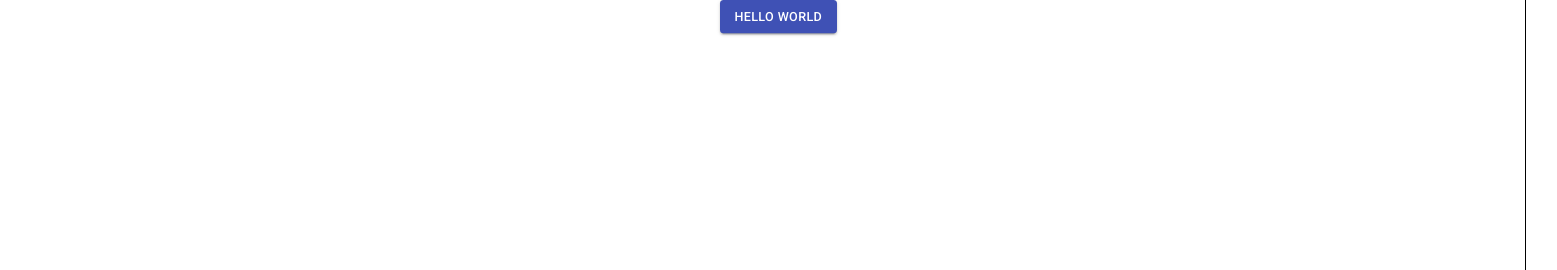
Repository: cherguiyacine/gitHubSearch
Page: /
An editor plug-in stored every save of this project. The page is shown before and after the next save, followed by the edit.
The browser window is 1280 px wide. The page is 1730 px wide, then 1280 px, then 1730 px, so the pictures cover 1730 px, including what lies to the right of the window. The pictures show the whole page, at 90% of full size.
The project was rebuilt for these pictures with package versions that can differ from the ones it lists, and the page was loaded fresh each time. Also part of the build but not shown: src/Component/Layout/Navbar.js, src/Component/Users/UserItem.js, src/Component/Layout/Spinner.js, src/Component/Users/Users.js, src/Component/Users/Search.js, src/App.js.

Above is the page before, as saved 2019-11-21 23:07:19.

### public/index.html
<!DOCTYPE html>
<html lang="en">
  <head>
    <meta charset="utf-8" />
    <link rel="icon" href="%PUBLIC_URL%/favicon.ico" />
    <meta name="viewport" content="width=device-width, initial-scale=1" />
    <meta name="theme-color" content="#000000" />
    <meta
      name="description"
      content="Web site created using create-react-app"
    />
    <link rel="apple-touch-icon" href="logo192.png" />

    <link rel="manifest" href="%PUBLIC_URL%/manifest.json" />
    <link
      rel="stylesheet"
      href="https://cdnjs.cloudflare.com/ajax/libs/font-awesome/4.7.0/css/font-awesome.min.css"
    />
    <link
      rel="stylesheet"
      href="https://fonts.googleapis.com/css?family=Roboto:300,400,500,700&display=swap"
    />
    <link
      rel="stylesheet"
      href="https://fonts.googleapis.com/icon?family=Material+Icons"
    />

    <title>Yacine App</title>
  </head>
  <body>
    <noscript>You need to enable JavaScript to run this app.</noscript>
    <div id="root"></div>
  </body>
</html>

### src/index.js
import React from "react";
import ReactDOM from "react-dom";
import "./index.css";
import App from "./App";
import Authentification from "./Authentification";
import * as serviceWorker from "./serviceWorker";

ReactDOM.render(<Authentification />, document.getElementById("root"));

// If you want your app to work offline and load faster, you can change
// unregister() to register() below. Note this comes with some pitfalls.
// Learn more about service workers: https://bit.ly/CRA-PWA
serviceWorker.unregister();

### src/Authentification.js
import React, { Component } from "react";
import Button from "@material-ui/core/Button";
import { Box } from "@material-ui/core";

export class Authentification extends Component {
  render() {
    return (
      <Box component='span' m={100} color='text.primary'>
        <Button variant='contained' color='primary'>
          Hello World
        </Button>
      </Box>
    );
  }
}

export default Authentification;

Loaded but not shown: src/index.css (common file); src/serviceWorker.js (common file); src/App.css (common file)

After the next save:
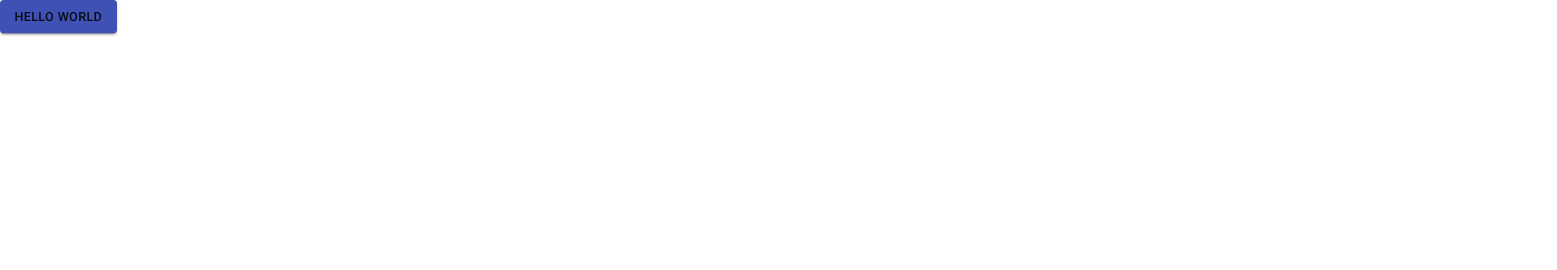
Saved 35 s later.
--- a/src/Authentification.js
+++ b/src/Authentification.js
@@ -5,7 +5,7 @@
 export class Authentification extends Component {
   render() {
     return (
-      <Box component='span' m={100} color='text.primary'>
+      <Box color='text.primary' clone>
         <Button variant='contained' color='primary'>
           Hello World
         </Button>

After the save that followed:
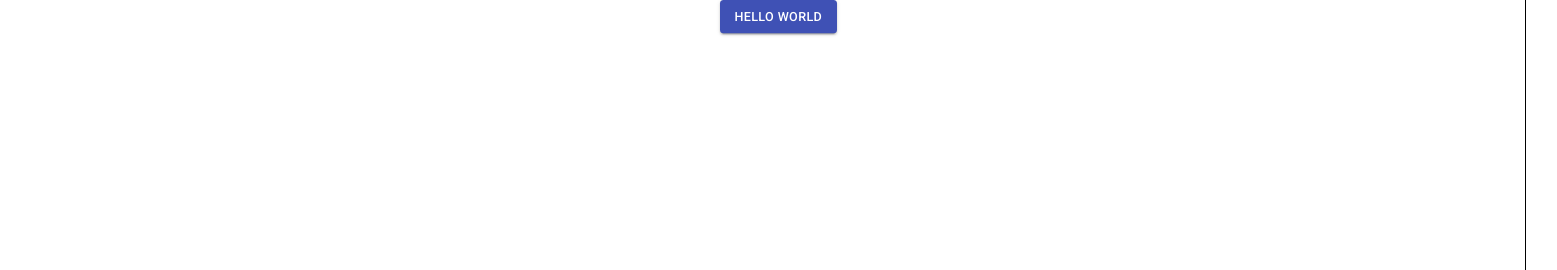
Saved 13 s later.
--- a/src/Authentification.js
+++ b/src/Authentification.js
@@ -5,7 +5,7 @@
 export class Authentification extends Component {
   render() {
     return (
-      <Box color='text.primary' clone>
+      <Box component='span' m={100} color='text.primary'>
         <Button variant='contained' color='primary'>
           Hello World
         </Button>
